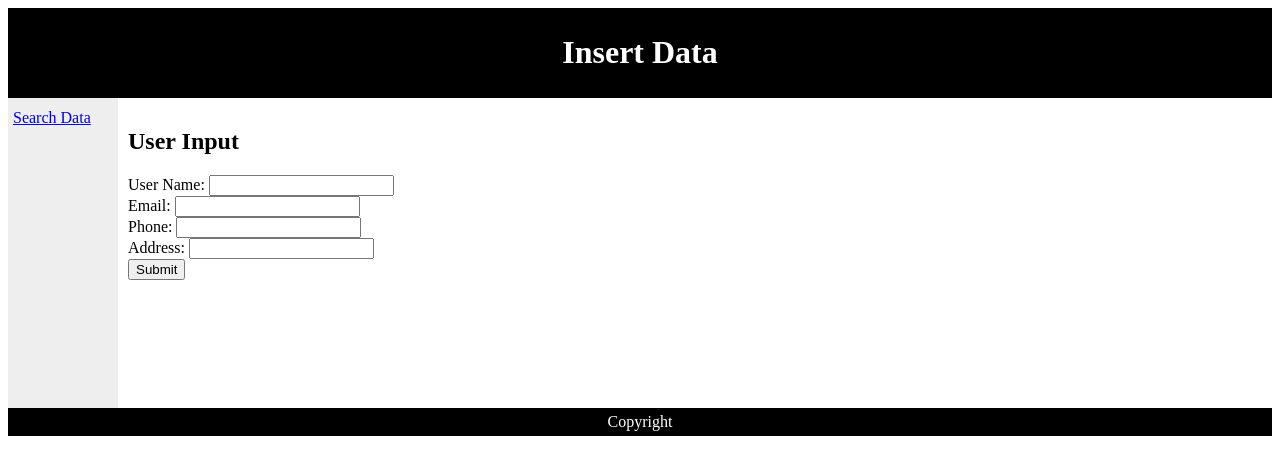
Repository: huappy/Tech-Exercise
Page: workspace4830-Tech_Exercise-Hausman/Tech_Exercise_Hausman/src/main/webapp/insert_hausman.html
The author's editor kept a copy of each file at every save. The page is drawn from the files as they stood at one save, then again after the next save.
The browser window is 1280 px wide. The pictures show the whole page.

Above is the page before, as saved 2023-03-22 05:01:30.

After the next save:
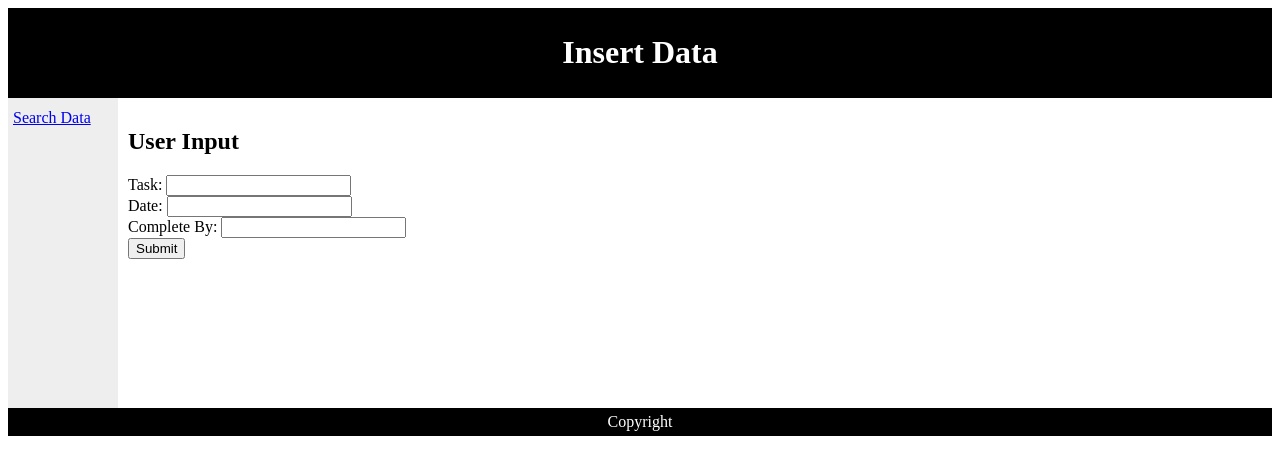
Saved 4 min 33 s later.
--- a/workspace4830-Tech_Exercise-Hausman/Tech_Exercise_Hausman/src/main/webapp/insert_hausman.html
+++ b/workspace4830-Tech_Exercise-Hausman/Tech_Exercise_Hausman/src/main/webapp/insert_hausman.html
@@ -44,10 +44,10 @@ footer {
 
 	<form action="SimpleFormInsert" method="POST">
 
-		User Name: <input type="text" name="userName"> <br />
-		Email: <input type="text" name="email"> <br />
-		Phone: <input type="text" name="phone"> <br />
-		Address: <input type="text" name="address"> <br />
+		Task: <input type="text" name="task"> <br />
+		Date: <input type="text" name="date"> <br />
+		Complete By: <input type="text" name="complete_by"> <br />
+
 
 		<input type="submit" value="Submit" />
 	</form>
